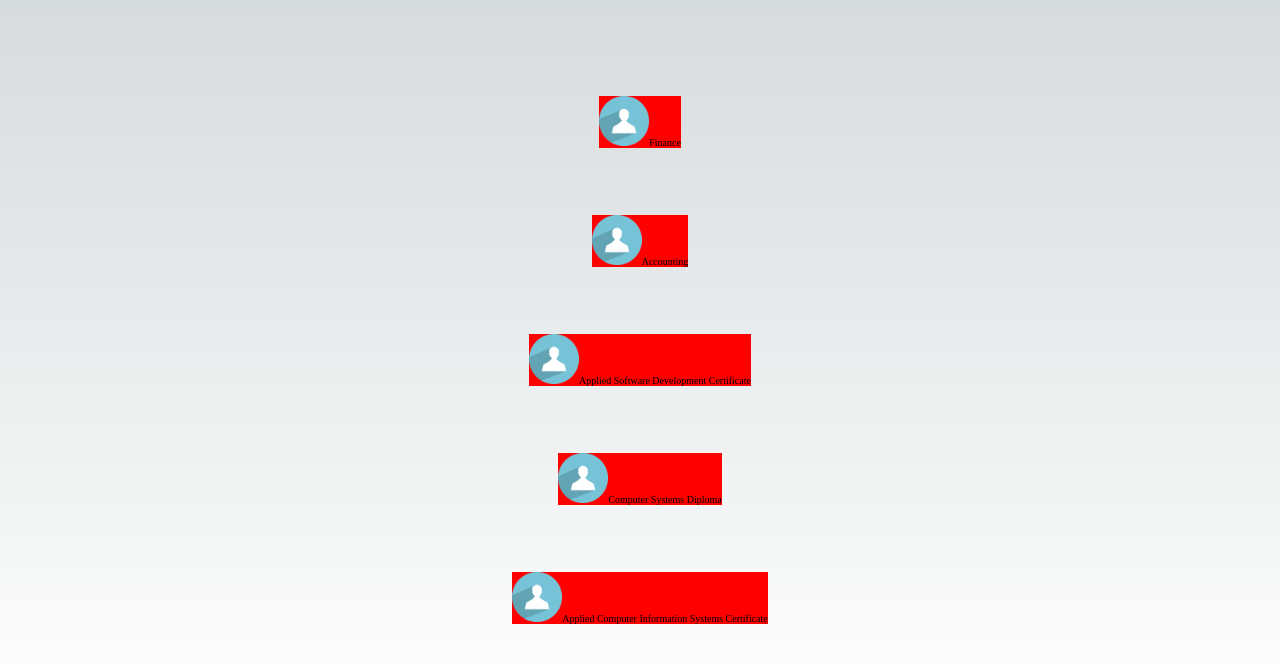
Repository: giovanabirck/mdia2109-class03
Page: / (app in example.map/)
The author's editor kept a copy of each file at every save. The page is drawn from the files as they stood at one save, then again after the next save.
The browser window is 1280 px wide. The pictures show the whole page.
The project was rebuilt for these pictures with package versions that can differ from the ones it lists, and the page was loaded fresh each time. The framework's server and built-in components were replaced by stand-ins that run in the browser. Also part of the build but not shown: example.map/next.config.js.

Above is the page before, as saved 2023-01-19 14:59:26.

After the next save:
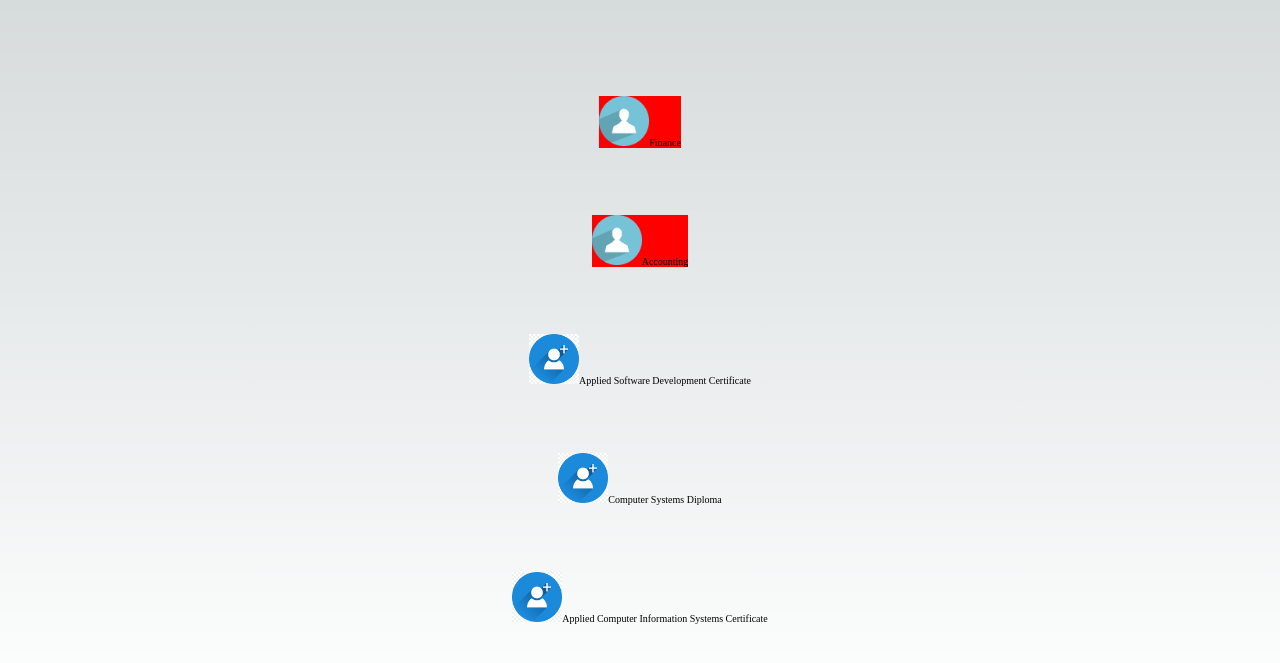
Saved 6 s later.
--- a/example.map/pages/index.js
+++ b/example.map/pages/index.js
@@ -38,7 +38,7 @@ export default function Home() {
           information && information.map((info, index) => {
             if(info.department.toLowerCase() === "computing") {
               return(
-                <Card key={index} degree={info.degree} color="red"font="10px"/>
+                <Card key={index} degree={info.degree} color="rblue"font="10px"/>
               )
             }
           })
